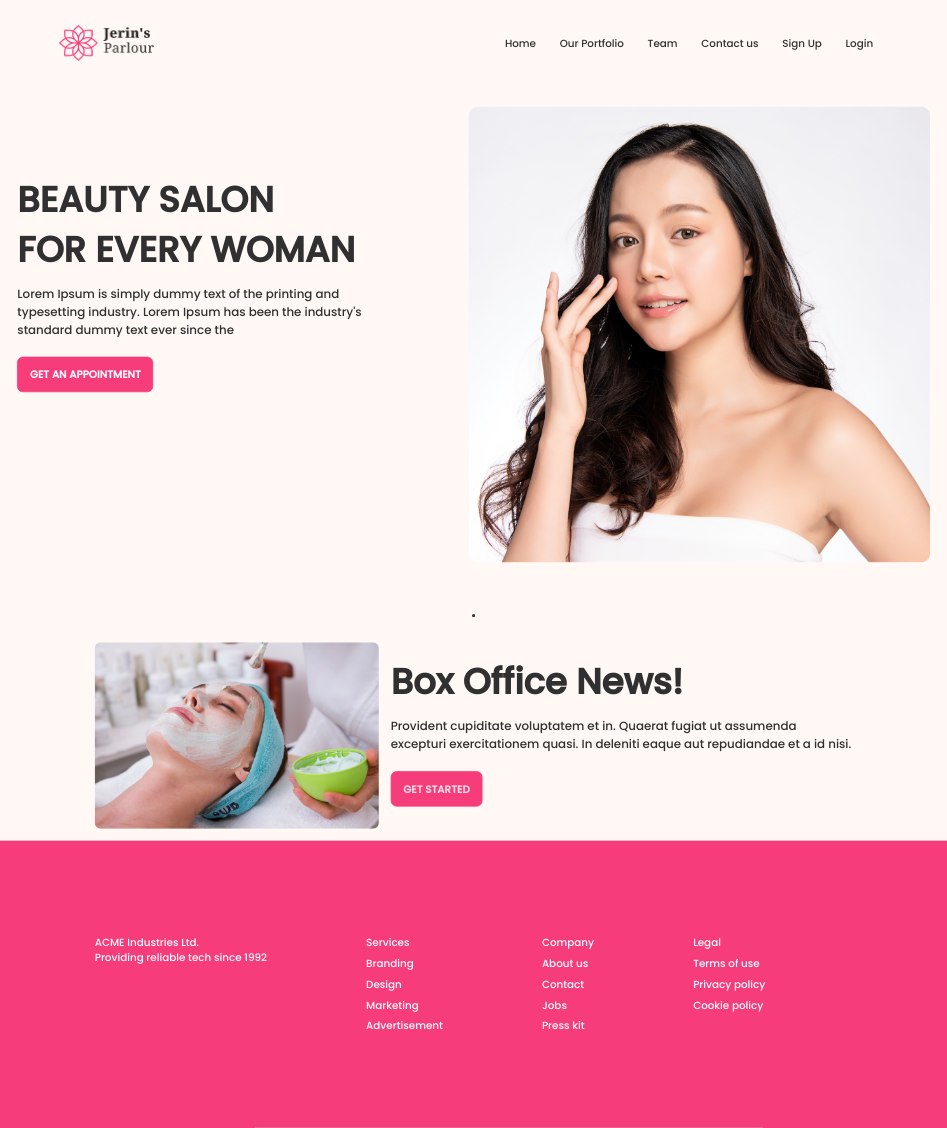
Repository: Wahid137/jerins-parlour-client
Page: /
An editor plug-in stored every save of this project. The page is shown before and after the next save, followed by the edit.
The browser window is 1280 px wide. The pictures show the whole page, at 74% of full size.
The page's requests for data from a server got no answer. The project was rebuilt for these pictures with package versions that can differ from the ones it lists, and the page was loaded fresh each time. No one was signed in, and anything a server would have sent is missing. Also part of the build but not shown: src/App.css, src/Pages/Home/Services/ServicesCard.js.

Above is the page before, as saved 2023-07-16 04:08:14.

### public/index.html
<!DOCTYPE html>
<html lang="en">
  <head>
    <meta charset="utf-8" />
    <link rel="icon" href="%PUBLIC_URL%/favicon.ico" />
    <meta name="viewport" content="width=device-width, initial-scale=1" />
    <meta name="theme-color" content="#000000" />
    <meta
      name="description"
      content="Web site created using create-react-app"
    />
    <link rel="preconnect" href="https://fonts.googleapis.com">
    <link rel="preconnect" href="https://fonts.gstatic.com" crossorigin>
    <link href="https://fonts.googleapis.com/css2?family=Poppins:wght@500&display=swap" rel="stylesheet">
    <link rel="apple-touch-icon" href="%PUBLIC_URL%/logo192.png" />
    <!--
      manifest.json provides metadata used when your web app is installed on a
      user's mobile device or desktop. See https://developers.google.com/web/fundamentals/web-app-manifest/
    -->
    <link rel="manifest" href="%PUBLIC_URL%/manifest.json" />
    <!--
      Notice the use of %PUBLIC_URL% in the tags above.
      It will be replaced with the URL of the `public` folder during the build.
      Only files inside the `public` folder can be referenced from the HTML.

      Unlike "/favicon.ico" or "favicon.ico", "%PUBLIC_URL%/favicon.ico" will
      work correctly both with client-side routing and a non-root public URL.
      Learn how to configure a non-root public URL by running `npm run build`.
    -->
    <title>React App</title>
  </head>
  <body>
    <noscript>You need to enable JavaScript to run this app.</noscript>
    <div id="root"></div>
    <!--
      This HTML file is a template.
      If you open it directly in the browser, you will see an empty page.

      You can add webfonts, meta tags, or analytics to this file.
      The build step will place the bundled scripts into the <body> tag.

      To begin the development, run `npm start` or `yarn start`.
      To create a production bundle, use `npm run build` or `yarn build`.
    -->
  </body>
</html>

### src/index.js
import React from 'react';
import ReactDOM from 'react-dom/client';
import './index.css';
import App from './App';
import reportWebVitals from './reportWebVitals';
import { QueryClient, QueryClientProvider } from '@tanstack/react-query'


// Create a client
const queryClient = new QueryClient()

const root = ReactDOM.createRoot(document.getElementById('root'));
root.render(
  <React.StrictMode>
    <QueryClientProvider client={queryClient}>
      <App />
    </QueryClientProvider>
  </React.StrictMode>
);

// If you want to start measuring performance in your app, pass a function
// to log results (for example: reportWebVitals(console.log))
// or send to an analytics endpoint. Learn more: https://bit.ly/CRA-vitals
reportWebVitals();

### src/index.css
@tailwind base;
@tailwind components;
@tailwind utilities;

body {
  background-color: #FFF8F5;
  margin: 0;
  font-family: -apple-system, BlinkMacSystemFont, 'Segoe UI', 'Roboto', 'Oxygen',
    'Ubuntu', 'Cantarell', 'Fira Sans', 'Droid Sans', 'Helvetica Neue',
    sans-serif;
    font-family: 'Poppins', sans-serif;
  -webkit-font-smoothing: antialiased;
  -moz-osx-font-smoothing: grayscale;
}

code {
  font-family: source-code-pro, Menlo, Monaco, Consolas, 'Courier New',
    monospace;
}

### src/App.js
import logo from './logo.svg';
import './App.css';
import { RouterProvider } from 'react-router-dom';
import router from './Routes/Routes/Routes';
import { Toaster } from 'react-hot-toast';

function App() {
  return (
    <div className=" mx-auto">
      <RouterProvider router={router}></RouterProvider>
      <Toaster></Toaster>
    </div>
  );
}

export default App;

### src/Routes/Routes/Routes.js
const { createBrowserRouter } = require("react-router-dom");
const { default: Main } = require("../../Layout/Main");
const { default: Home } = require("../../Pages/Home/Home/Home");

const router = createBrowserRouter([
    {
        path: '/',
        element: <Main></Main>,
        children: [
            {
                path: '/',
                element: <Home></Home>
            }
        ]
    }
])
export default router;

### src/Layout/Main.js
import React from 'react';
import Navbar from '../Shared/Navbar/Navbar';
import { Outlet } from 'react-router-dom';
import Footer from '../Shared/Footer/Footer';

const Main = () => {
    return (
        <div>
            <Navbar></Navbar>
            <Outlet></Outlet>
            <Footer></Footer>
        </div>
    );
};

export default Main;

### src/Pages/Home/Home/Home.js
import React from 'react';
import Banner from '../Banner/Banner';
import Services from '../Services/Services';
import Screen from '../Screen/Screen';

const Home = () => {
    return (
        <div>
            <Banner></Banner>
            <Services></Services>
            <Screen></Screen>
        </div>
    );
};

export default Home;

### src/Shared/Navbar/Navbar.js
import React from 'react';
import logo from '../../assets/logo.png';
import { Link } from 'react-router-dom';

const Navbar = () => {
    const menuItem = <>
        <li><Link to="/">Home</Link></li>
        <li><Link to="/portfolio">Our Portfolio</Link></li>
        <li><Link to="/team">Team</Link></li>
        <li><Link to="/dashboard">Contact us</Link></li>
        <li><Link to="/signup">Sign Up</Link></li>
        <li><Link to="/login">Login</Link></li>

    </>
    return (
        <div className="navbar flex justify-between px-20 pt-8">
            <div className="navbar-start">
                <div className="dropdown">
                    <label tabIndex={0} className="btn btn-ghost lg:hidden">
                        <svg xmlns="http://www.w3.org/2000/svg" className="h-5 w-5" fill="none" viewBox="0 0 24 24" stroke="currentColor"><path strokeLinecap="round" strokeLinejoin="round" strokeWidth="2" d="M4 6h16M4 12h8m-8 6h16" /></svg>
                    </label>
                    <ul tabIndex={1} className="menu menu-sm dropdown-content mt-3 z-[1] p-2 shadow bg-base-100 rounded-box w-52">
                        {menuItem}
                    </ul>
                </div>
                <Link to="/" className="w-32">
                    <img src={logo} alt="" />
                </Link>
            </div>
            <div className="navbar-center hidden lg:flex">
                <ul className="menu menu-horizontal px-1">
                    {menuItem}
                </ul>
            </div>
            <label htmlFor="dashboard-drawer" tabIndex={2} className="btn btn-ghost lg:hidden">
                <svg xmlns="http://www.w3.org/2000/svg" className="h-5 w-5" fill="none" viewBox="0 0 24 24" stroke="currentColor"><path strokeLinecap="round" strokeLinejoin="round" strokeWidth="2" d="M4 6h16M4 12h8m-8 6h16" /></svg>
            </label>

        </div>
    );
};

export default Navbar;

### src/Shared/Footer/Footer.js
import React from 'react';


const Footer = () => {
    return (
        <footer className="footer p-32 bg-primary text-white w-full max-w-full">
            <div>
                <p>ACME Industries Ltd.<br />Providing reliable tech since 1992</p>
            </div>
            <div>
                <span className=" text-white">Services</span>
                <a href="/" className="link link-hover">Branding</a>
                <a href="/" className="link link-hover">Design</a>
                <a href="/" className="link link-hover">Marketing</a>
                <a href="/" className="link link-hover">Advertisement</a>
            </div>
            <div>
                <span className="">Company</span>
                <a href="/" className="link link-hover">About us</a>
                <a href="/" className="link link-hover">Contact</a>
                <a href="/" className="link link-hover">Jobs</a>
                <a href="/" className="link link-hover">Press kit</a>
            </div>
            <div>
                <span className="">Legal</span>
                <a href="/" className="link link-hover">Terms of use</a>
                <a href="/" className="link link-hover">Privacy policy</a>
                <a href="/" className="link link-hover">Cookie policy</a>
            </div>
        </footer>
    );
};

export default Footer;

### src/Pages/Home/Banner/Banner.js
import React from 'react';
import woman from '../../../assets/images/woman.png';
import PrimaryButton from '../../../Components/PrimaryButton/PrimaryButton';

const Banner = () => {
    return (
        <div className="hero" >
            <div className="hero-content flex-col lg:flex-row-reverse min-h-screen">

                <img src={woman} className="rounded-lg lg:w-1/2" alt="" />

                <div className='lg:me-32 lg:-mt-32'>
                    <h1 className="text-5xl font-bold mt-0 mb-5">BEAUTY SALON</h1>
                    <h1 className="text-5xl font-bold">FOR EVERY WOMAN</h1>
                    <p className="py-6">Lorem Ipsum is simply dummy text of the printing and <br /> typesetting industry. Lorem Ipsum has been the industry's <br /> standard dummy text ever since the</p>
                    <PrimaryButton>Get an Appointment</PrimaryButton>
                </div>
            </div>
        </div>
    );
};

export default Banner;

### src/Pages/Home/Services/Services.js
import { useQuery } from '@tanstack/react-query';
import React from 'react';
import Loading from '../../../Shared/Loading/Loading';


import ServicesCard from './ServicesCard';
import PrimaryButton from '../../../Components/PrimaryButton/PrimaryButton';



const Services = () => {
    const { data: services = [], isLoading } = useQuery({
        queryKey: ['services'],
        queryFn: () => fetch('http://localhost:5000/services')
            .then(res => res.json())
    })


    if (isLoading) {
        return <Loading></Loading>;
    }

    return (
        <div className='p-0 my-5'>
            <div className='mx-auto mb-4 py-10 text-center w-1/2'>
                <p className='text-2xl font-bold'>Our Awesome <span className='text-primary'>Services</span></p>
            </div>
            <div className='grid gap-1 grid-cols-1 md:grid-cols-2 lg:grid-cols-3'>
                {
                    services.map(service => <ServicesCard
                        key={service._id}
                        service={service}
                    ></ServicesCard>)
                }
            </div>
            <div className='text-center mt-10'>
                <PrimaryButton >Explore More</PrimaryButton>
            </div>

        </div >
    );
};

export default Services;

### src/Pages/Home/Screen/Screen.js
import React from 'react';
import face from '../../../assets/images/face.png'

const Screen = () => {
    return (
        <div className="hero bg-secondary">
            <div className="hero-content flex-col lg:flex-row">
                <img src={face} className="max-w-sm rounded-lg" alt="" />
                <div className='w-1/2'>
                    <h1 className="text-5xl font-bold">Box Office News!</h1>
                    <p className="py-6">Provident cupiditate voluptatem et in. Quaerat fugiat ut assumenda excepturi exercitationem quasi. In deleniti eaque aut repudiandae et a id nisi.</p>
                    <button className="btn btn-primary">Get Started</button>
                </div>
            </div>
        </div>
    );
};

export default Screen;

### src/Components/PrimaryButton/PrimaryButton.js
import React from 'react';

const PrimaryButton = ({ children }) => {
    return (
        <button className="btn btn-primary text-white">{children}</button>
    );
};

export default PrimaryButton;

### src/Shared/Loading/Loading.js
import React from 'react';

const Loading = () => {
    return (
        <div className="flex items-center justify-center">
            <span className="loading loading-ring loading-lg"></span>
        </div>
    );
};

export default Loading;

### tailwind.config.js
/** @type {import('tailwindcss').Config} */
module.exports = {
  content: [
    "./src/**/*.{js,jsx,ts,tsx}",
  ],
  daisyui: {
    themes: [
      {
        parlourTheme: {
          primary: '#F63E7B',
          secondary: '#FFF8F5',
          accent: '##F4F7FC',
          neutral: '#3D4451',
          "base-100": '#FFFFFF',
        }
      }
    ]
  },
  theme: {
    extend: {},
  },
  plugins: [require("daisyui")],
}

Loaded but not shown: src/reportWebVitals.js (common file)

After the next save:
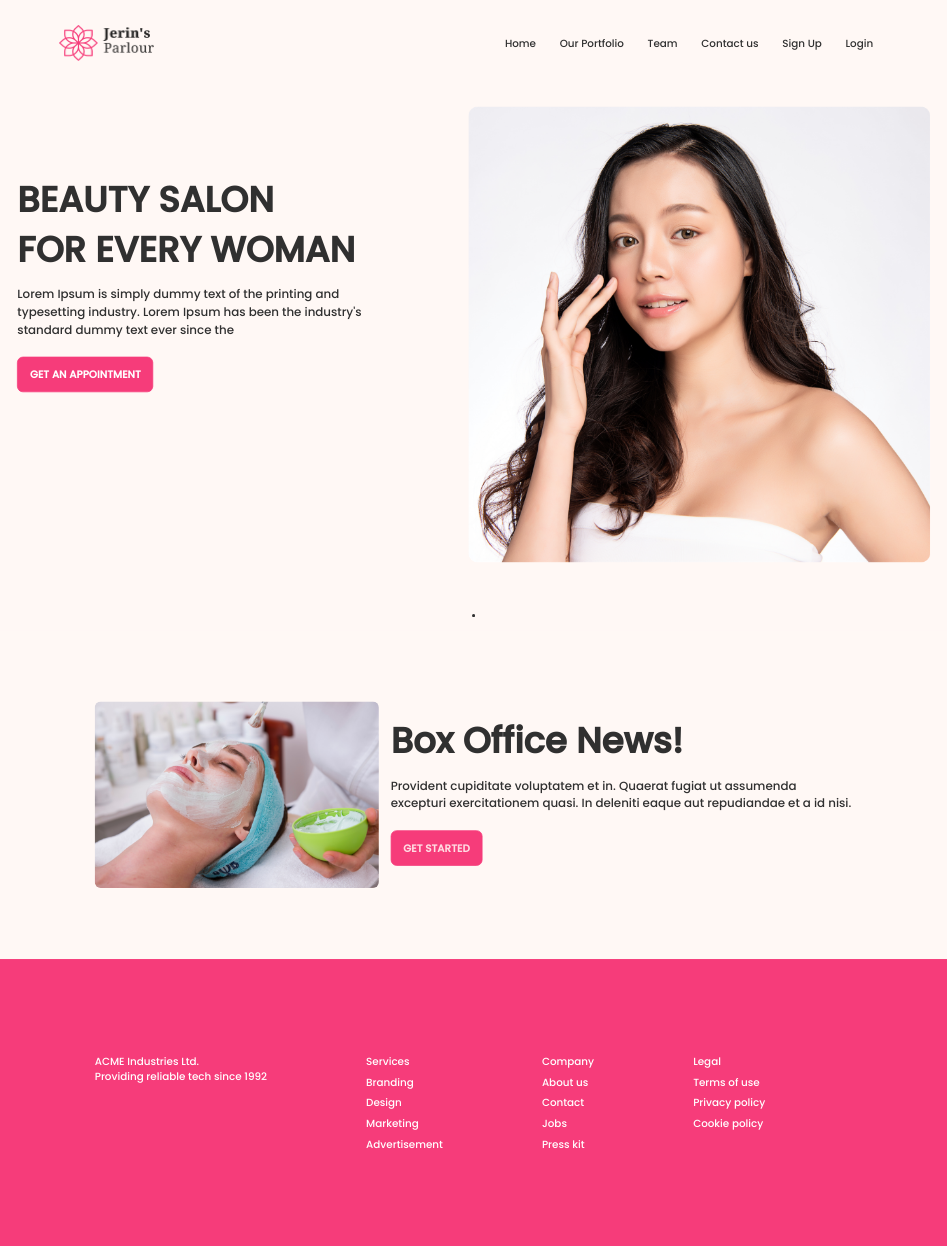
Saved 13 s later.
--- a/src/Pages/Home/Screen/Screen.js
+++ b/src/Pages/Home/Screen/Screen.js
@@ -3,7 +3,7 @@ import face from '../../../assets/images/face.png'
 
 const Screen = () => {
     return (
-        <div className="hero bg-secondary">
+        <div className="hero py-20 bg-secondary">
             <div className="hero-content flex-col lg:flex-row">
                 <img src={face} className="max-w-sm rounded-lg" alt="" />
                 <div className='w-1/2'>
